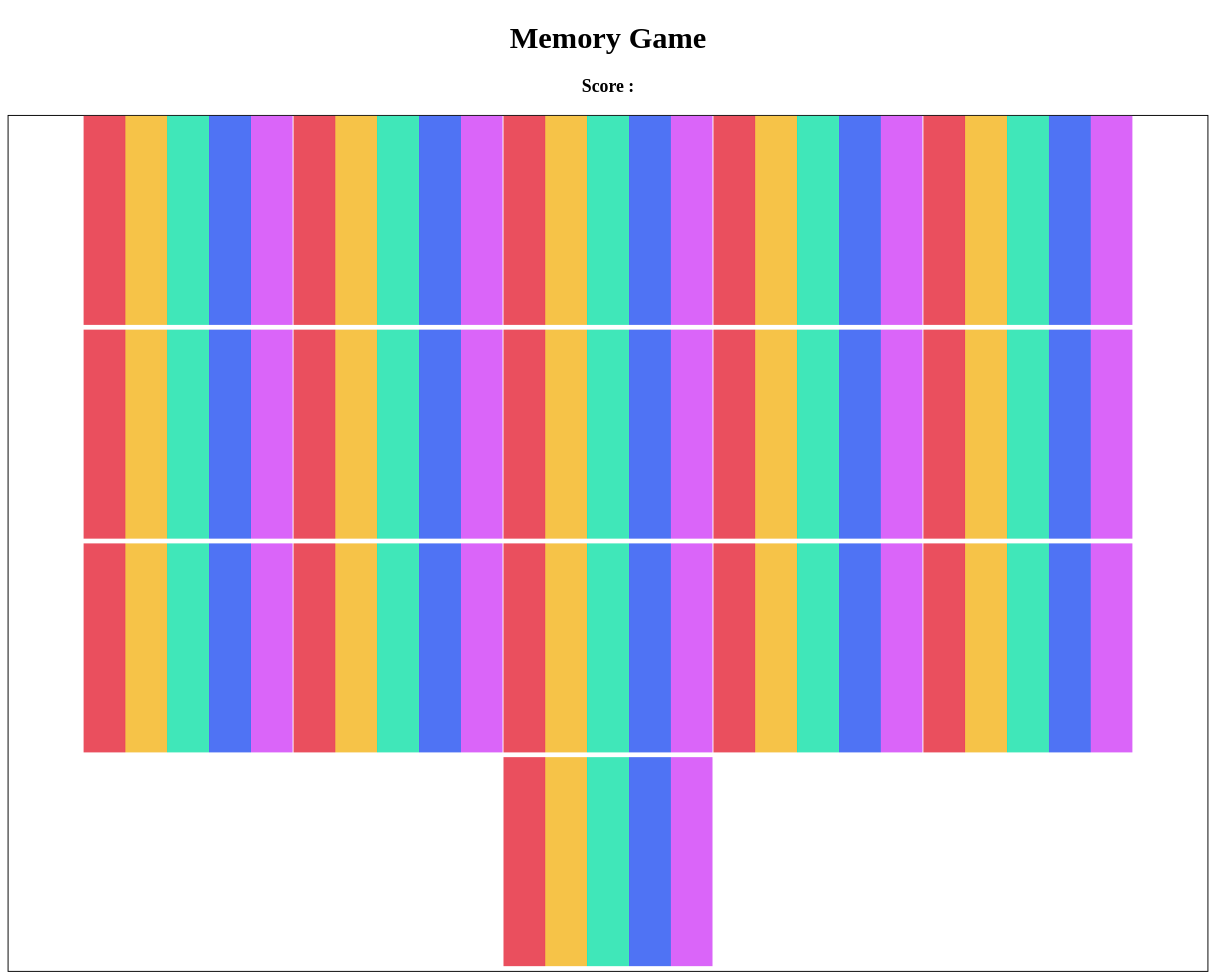
Repository: divyaravada/javascript-games
Page: memory-game/memorygame.html
These files come from the project's save history. The page is drawn as it stood at one moment and after the next save; the edit follows.
The browser window is 1280 px wide. The pictures show the whole page, at 95% of full size.

Above is the page before, as saved 2022-03-15 16:48:11.

### memory-game/memorygame.html
<!DOCTYPE html>
<html lang="en">
  <head>
    <meta charset="UTF-8" />
    <title>Memory Game</title>
    <link rel="stylesheet" href="./memorystyle.css" />
  </head>
  <body>
    <div>
      <h1>Memory Game</h1>
    </div>

    <div>
      <h3>Score : <span id="result"></span></h3>
    </div>

    <div id="grid"></div>

    <script src="./memory.js"></script>
  </body>
</html>

### memory-game/memorystyle.css
* {
  text-align: center;
  align-items: center;
  justify-content: center;
}
#grid {
  align-items: center;
  justify-content: center;
  width: fit-content;
  border: 1px solid black;
}
#grid img {
  width: 220px;
  height: 220px;
  padding: 0.5px;
}

### memory-game/memory.js
const cardArray = [
  {
    name: "redcar",
    img: "images/redcar.png",
  },
  {
    name: "whitecar",
    img: "images/whitecar.png",
  },
  {
    name: "yellowcar",
    img: "images/yellowcar.jpg",
  },
  {
    name: "purplecar",
    img: "images/purplecar.png",
  },
  {
    name: "greencar",
    img: "images/greencar.png",
  },
  {
    name: "browncar",
    img: "images/browncar.png",
  },
  {
    name: "bluecar",
    img: "images/bluecar.jpg",
  },
  {
    name: "blackcar",
    img: "images/blackcar.png",
  },
  {
    name: "redcar",
    img: "images/redcar.png",
  },
  {
    name: "whitecar",
    img: "images/whitecar.png",
  },
  {
    name: "yellowcar",
    img: "images/yellowcar.jpg",
  },
  {
    name: "purplecar",
    img: "images/purplecar.png",
  },
  {
    name: "greencar",
    img: "images/greencar.png",
  },
  {
    name: "browncar",
    img: "images/browncar.png",
  },
  {
    name: "bluecar",
    img: "images/bluecar.jpg",
  },
  {
    name: "blackcar",
    img: "images/blackcar.png",
  },
];

cardArray.sort(() => 0.5 - Math.random());

const gridDisplay = document.querySelector("#grid");
const resultDisplay = document.querySelector("#result");
let cardsChoosen = [];
let cardsChoosenIds = [];
const cardsWon = [];

function createBoard() {
  for (let i = 0; i < cardArray.length; i++) {
    const card = document.createElement("img");
    card.setAttribute("src", "images/rainbow.png");
    card.setAttribute("data-id", i);
    card.addEventListener("click", flipCard);
    gridDisplay.appendChild(card);
  }
}
createBoard();

function checkMatch() {
  const cards = document.querySelectorAll("img");
  const optionOneId = cardsChoosenIds[0];
  const optionTwoId = cardsChoosenIds[1];
  if (optionOneId == optionTwoId) {
    cards[optionOneId].setAttribute("src", "images/rainbow.png");
    cards[optionTwoId].setAttribute("src", "images/rainbow.png");
    alert("You have clicked the same image!");
  }

  if (cardsChoosen[0] == cardsChoosen[1]) {
    alert("You found a match");
    cards[optionOneId].setAttribute("src", "images/white.png");
    cards[optionTwoId].setAttribute("src", "images/white.png");
    cards[optionOneId].removeEventListener("click", flipCard);
    cards[optionTwoId].removeEventListener("click", flipCard);
    cardsWon.push(cardsChoosen);
  } else {
    cards[optionOneId].setAttribute("src", "images/rainbow.png");
    cards[optionTwoId].setAttribute("src", "images/rainbow.png");
    alert("Sorry Try again!");
  }
  resultDisplay.textContent = cardsWon.length;
  cardsChoosen = [];
  cardsChoosenIds = [];

  if (cardsWon.length == cardArray.length / 2) {
    resultDisplay.textContent = "Congratulations you found them all";
  }
}

function flipCard() {
  const cardId = this.getAttribute("data-id");
  cardsChoosen.push(cardArray[cardId].name);
  cardsChoosenIds.push(cardId);
  this.setAttribute("src", cardArray[cardId].img);
  if (cardsChoosen.length === 2) {
    setTimeout(checkMatch, 500);
  }
}

After the next save:
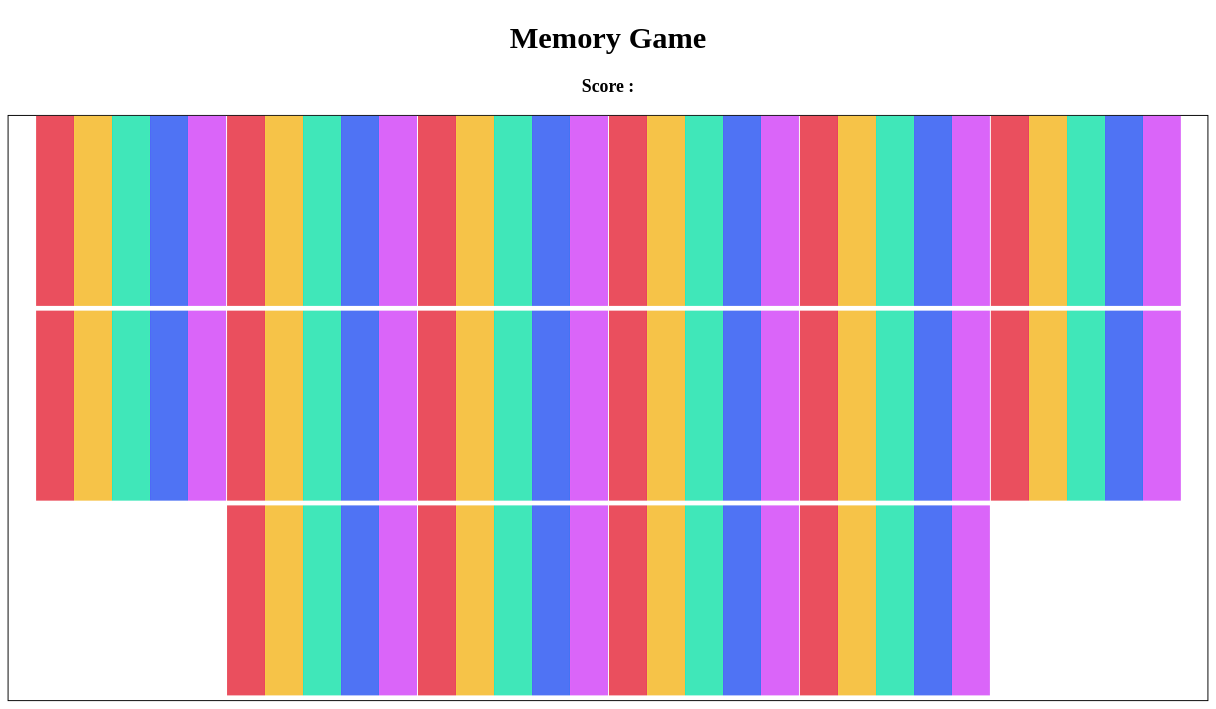
Saved 14 s later.
--- a/memory-game/memorystyle.css
+++ b/memory-game/memorystyle.css
@@ -10,7 +10,7 @@
   border: 1px solid black;
 }
 #grid img {
-  width: 220px;
-  height: 220px;
+  width: 200px;
+  height: 200px;
   padding: 0.5px;
 }
